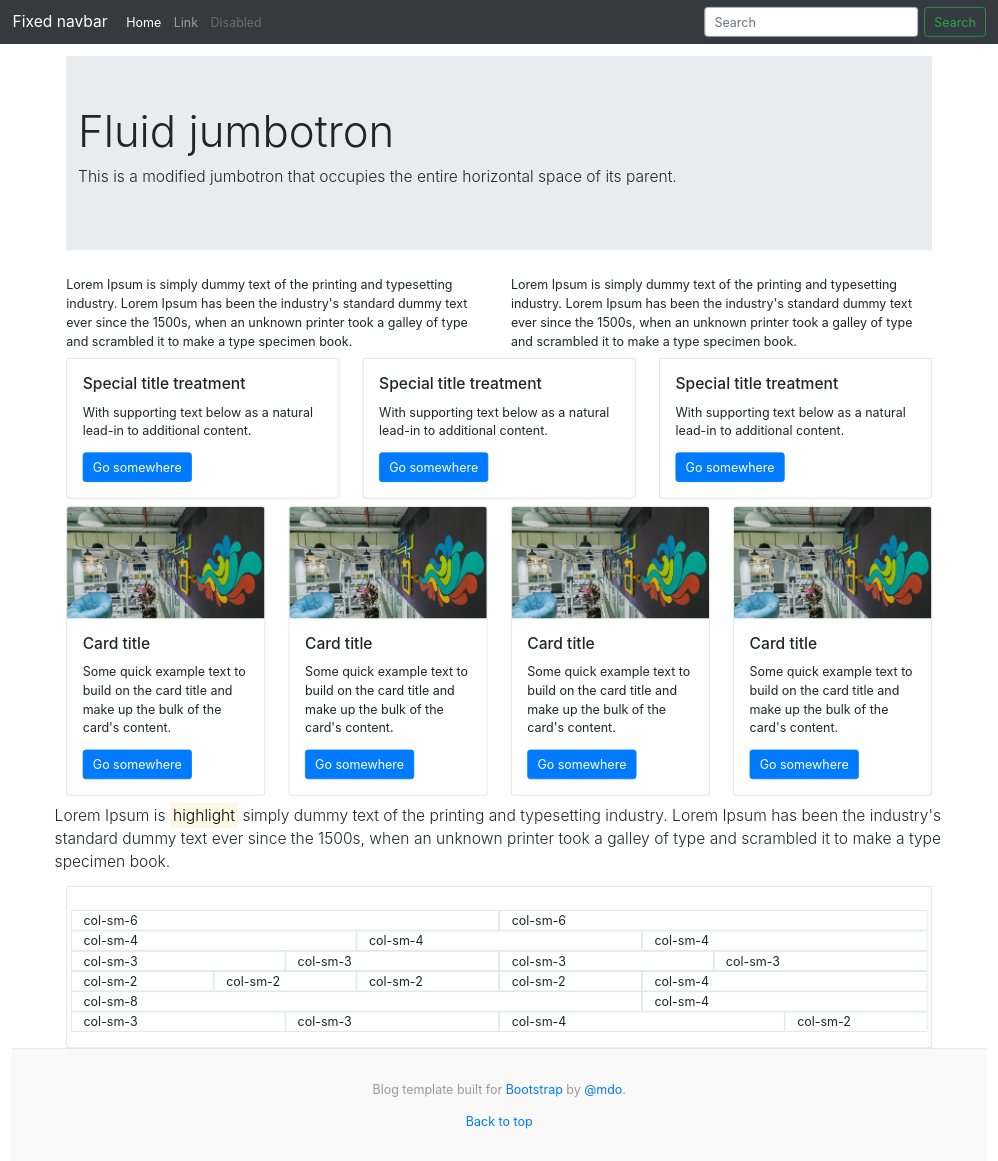
Repository: Green-Technologies-Angular/HTML
Page: index.html
These files come from the project's save history. The page is drawn as it stood at one moment and after the next save; the edit follows.
The browser window is 1280 px wide. The pictures show the whole page, at 78% of full size.

Above is the page before, as saved 2019-02-09 12:21:00.

### index.html
<!DOCTYPE html>
<html>

<head>
    <title>Title of the document</title>
    <link rel="stylesheet" href="css/bootstrap.css">
    <link rel="stylesheet" href="css/index.css">
    <style>
        body {
            min-height: 75rem;
            padding-top: 4.5rem;
        }
        .border {
            border: 1px solid #ccc;
        }

        .bg-nav {
            background: green;
        }
    </style>
    <script>
        localStorage.setItem("name", "tamilsdfsdfsdfsdfmani");
        console.log(localStorage.getItem('name'));
    </script>
</head>

<body>
    <div class="container-fluid">
        <nav class="navbar navbar-expand-md navbar-dark fixed-top bg-dark">
            <a class="navbar-brand" href="#">Fixed navbar</a>
            <button class="navbar-toggler" type="button" data-toggle="collapse" data-target="#navbarCollapse"
                aria-controls="navbarCollapse" aria-expanded="false" aria-label="Toggle navigation">
                <span class="navbar-toggler-icon"></span>
            </button>
            <div class="collapse navbar-collapse" id="navbarCollapse">
                <ul class="navbar-nav mr-auto">
                    <li class="nav-item active">
                        <a class="nav-link" href="#">Home <span class="sr-only">(current)</span></a>
                    </li>
                    <li class="nav-item">
                        <a class="nav-link" href="#">Link</a>
                    </li>
                    <li class="nav-item">
                        <a class="nav-link disabled" href="#">Disabled</a>
                    </li>
                </ul>
                <form class="form-inline mt-2 mt-md-0">
                    <input class="form-control mr-sm-2" type="text" placeholder="Search" aria-label="Search">
                    <button class="btn btn-outline-success my-2 my-sm-0" type="submit">Search</button>
                </form>
            </div>
        </nav>
        <main class="container">
            <div class="jumbotron jumbotron-fluid">
                <div class="container">
                    <h1 class="display-4">Fluid jumbotron</h1>
                    <p class="lead">This is a modified jumbotron that occupies the entire horizontal space of its
                        parent.</p>
                </div>
            </div>
            <div class="row">
                <div class="col-xl-6 col-lg-6 col-md-6 col-sm-6">
                    Lorem Ipsum is simply dummy text of the printing and typesetting industry. Lorem Ipsum has been the
                    industry's standard dummy text ever since the 1500s, when an unknown printer took a galley of type
                    and
                    scrambled it to make a type specimen book.
                </div>
                <div class="col-xl-6 col-lg-6 col-md-6 col-sm-6">
                    Lorem Ipsum is simply dummy text of the printing and typesetting industry. Lorem Ipsum has been the
                    industry's standard dummy text ever since the 1500s, when an unknown printer took a galley of type
                    and
                    scrambled it to make a type specimen book.
                </div>
            </div>
            <div class="row" style="padding-top:10px;">
                <div class="col-sm-4">
                    <div class="card">
                        <div class="card-body">
                            <h5 class="card-title">Special title treatment</h5>
                            <p class="card-text">With supporting text below as a natural lead-in to additional content.</p>
                            <a href="#" class="btn btn-primary">Go somewhere</a>
                        </div>
                    </div>
                </div>
                <div class="col-sm-4">
                    <div class="card">
                        <div class="card-body">
                            <h5 class="card-title">Special title treatment</h5>
                            <p class="card-text">With supporting text below as a natural lead-in to additional content.</p>
                            <a href="#" class="btn btn-primary">Go somewhere</a>
                        </div>
                    </div>
                </div>
                <div class="col-sm-4">
                    <div class="card">
                        <div class="card-body">
                            <h5 class="card-title">Special title treatment</h5>
                            <p class="card-text">With supporting text below as a natural lead-in to additional content.</p>
                            <a href="#" class="btn btn-primary">Go somewhere</a>
                        </div>
                    </div>
                </div>
            </div>
            <div class="row" style="padding-top:10px;">
                <div class="col-sm-3">
                    <div class="card">
                        <div class="card-body p-0">
                            <img src="images/Download.jpg" class="card-img-top" alt="...">
                            <div class="card-body">
                                <h5 class="card-title">Card title</h5>
                                <p class="card-text">Some quick example text to build on the card title and make up the
                                    bulk of
                                    the
                                    card's content.</p>
                                <a href="#" class="btn btn-primary">Go somewhere</a>
                            </div>
                        </div>
                    </div>
                </div>
                <div class="col-sm-3">
                    <div class="card">
                        <div class="card-body p-0">
                            <img src="images/Download.jpg" class="card-img-top" alt="...">
                            <div class="card-body">
                                <h5 class="card-title">Card title</h5>
                                <p class="card-text">Some quick example text to build on the card title and make up the
                                    bulk of
                                    the
                                    card's content.</p>
                                <a href="#" class="btn btn-primary">Go somewhere</a>
                            </div>
                        </div>
                    </div>
                </div>
                <div class="col-sm-3">
                    <div class="card">
                        <div class="card-body p-0">
                            <img src="images/Download.jpg" class="card-img-top" alt="...">
                            <div class="card-body">
                                <h5 class="card-title">Card title</h5>
                                <p class="card-text">Some quick example text to build on the card title and make up the
                                    bulk of
                                    the
                                    card's content.</p>
                                <a href="#" class="btn btn-primary">Go somewhere</a>
                            </div>
                        </div>
                    </div>
                </div>
                <div class="col-sm-3">
                    <div class="card">
                        <div class="card-body p-0">
                            <img src="images/Download.jpg" class="card-img-top" alt="...">
                            <div class="card-body">
                                <h5 class="card-title">Card title</h5>
                                <p class="card-text">Some quick example text to build on the card title and make up the
                                    bulk of
                                    the
                                    card's content.</p>
                                <a href="#" class="btn btn-primary">Go somewhere</a>
                            </div>
                        </div>
                    </div>
                </div>
            </div>

            <div class="row" style="padding-top: 10px;">
                <p class="lead">
                    Lorem Ipsum is <mark>highlight</mark> simply dummy text of the printing and typesetting industry. Lorem Ipsum has been the
                    industry's standard dummy text ever since the 1500s, when an unknown printer took a galley of type
                    and scrambled it to make a type specimen book.
                </p>
            </div>

            <div class="card" style="padding-top:10px;">
                <div class="card-body">
                    <div class="row">
                        <div class="col-sm-6 border">col-sm-6</div>
                        <div class="col-sm-6 border">col-sm-6</div>
                    </div>
                    <div class="row">
                        <div class="col-sm-4 border">col-sm-4</div>
                        <div class="col-sm-4 border">col-sm-4</div>
                        <div class="col-sm-4 border">col-sm-4</div>
                    </div>
                    <div class="row">
                        <div class="col-sm-3 border">col-sm-3</div>
                        <div class="col-sm-3 border">col-sm-3</div>
                        <div class="col-sm-3 border">col-sm-3</div>
                        <div class="col-sm-3 border">col-sm-3</div>
                    </div>
                    <div class="row">
                        <div class="col-sm-2 border">col-sm-2</div>
                        <div class="col-sm-2 border">col-sm-2</div>
                        <div class="col-sm-2 border">col-sm-2</div>
                        <div class="col-sm-2 border">col-sm-2</div>
                        <div class="col-sm-4 border">col-sm-4</div>
                    </div>
                    <div class="row">
                        <div class="col-sm-8 border">col-sm-8</div>
                        <div class="col-sm-4 border">col-sm-4</div>
                    </div>
                    <div class="row">
                        <div class="col-sm-3 border">col-sm-3</div>
                        <div class="col-sm-3 border">col-sm-3</div>
                        <div class="col-sm-4 border">col-sm-4</div>
                        <div class="col-sm-2 border">col-sm-2</div>
                    </div>
                </div>
            </div>
        </main>
        <footer class="blog-footer">
            <p>Blog template built for <a href="https://getbootstrap.com/">Bootstrap</a> by <a href="https://twitter.com/mdo">@mdo</a>.</p>
            <p>
                <a href="#">Back to top</a>
            </p>
        </footer>
    </div>
    <script src="script/jquery.js"></script>
    <script src="script/popper.js"></script>
    <script src="script/bootstrap.js"></script>
</body>

</html>

### css/index.css
.bg-nav{
    background: red;
}
/*
 * Footer
 */
 .blog-footer {
    padding: 2.5rem 0;
    color: #999;
    text-align: center;
    background-color: #f9f9f9;
    border-top: .05rem solid #e5e5e5;
  }
  .blog-footer p:last-child {
    margin-bottom: 0;
  }
@media (min-width: 1200px) {
    .bg-nav{
        background: red;
        margin-top:100px;
    }
 }

Loaded but not shown: css/bootstrap.css (library); script/jquery.js (library); script/popper.js (library); script/bootstrap.js (library)

After the next save:
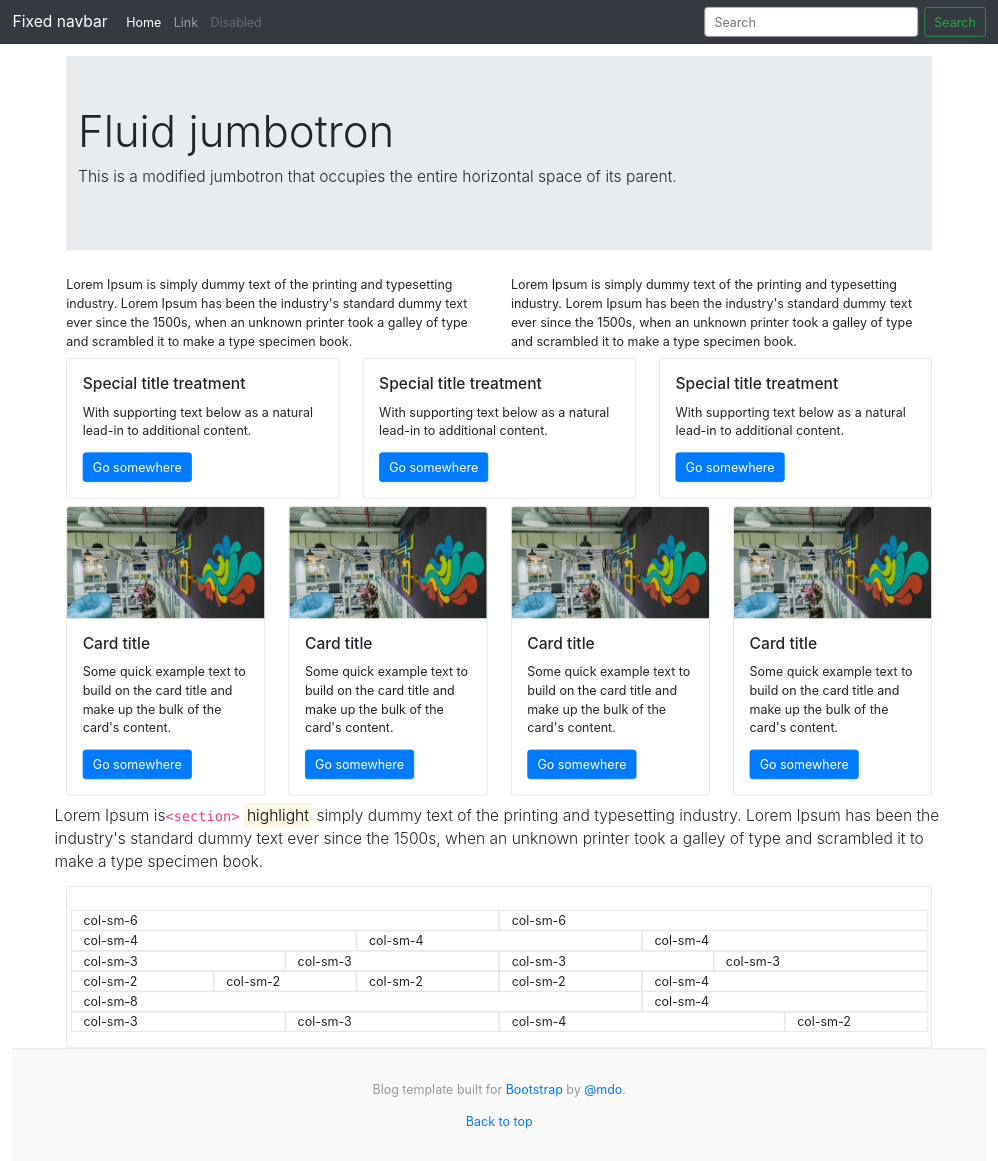
Saved 74 s later.
--- a/index.html
+++ b/index.html
@@ -166,7 +166,7 @@
 
             <div class="row" style="padding-top: 10px;">
                 <p class="lead">
-                    Lorem Ipsum is <mark>highlight</mark> simply dummy text of the printing and typesetting industry. Lorem Ipsum has been the
+                    Lorem Ipsum is<code>&lt;section&gt;</code>  <mark>highlight</mark> simply dummy text of the printing and typesetting industry. Lorem Ipsum has been the
                     industry's standard dummy text ever since the 1500s, when an unknown printer took a galley of type
                     and scrambled it to make a type specimen book.
                 </p>
